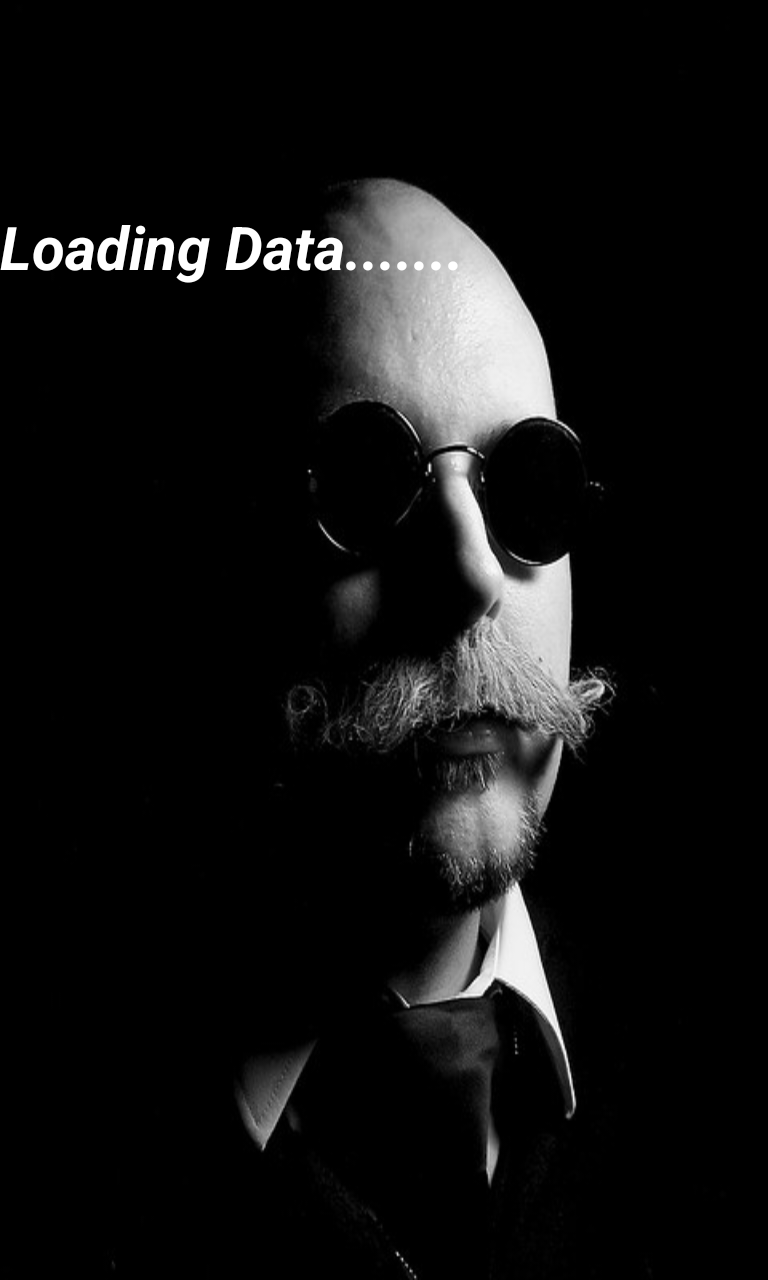
Repository: gt212345/p4p-android
Layout: p4p-android/res/layout/activity_welcome.xml
The author's editor kept a copy of each file at every save. The layout is drawn from the files as they stood at one save, then again after the next save.
It is drawn on a 768 x 1280 px phone screen (xhdpi) without system bars, with theme AppTheme; the app's code is not run.

Above is the layout before, as saved 2014-05-25 02:58:55.

After the next save:
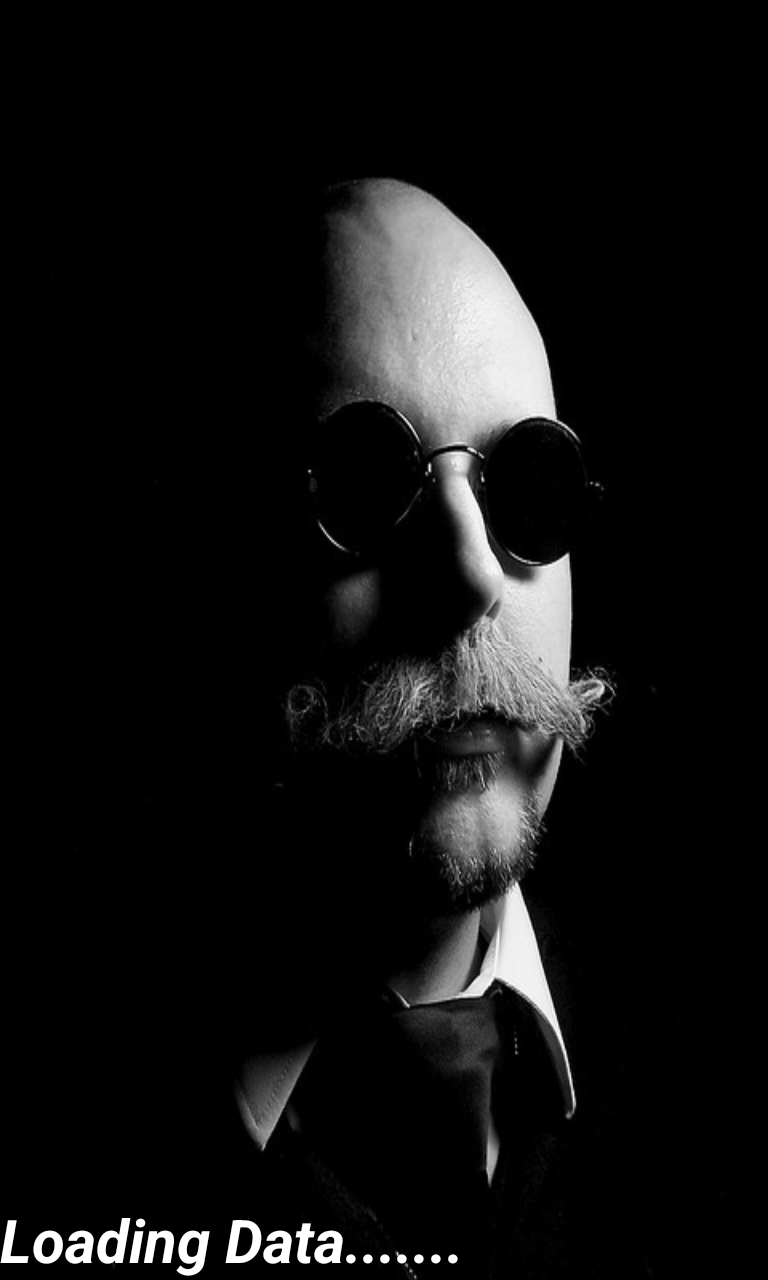
Saved 11 s later.
--- a/p4p-android/res/layout/activity_welcome.xml
+++ b/p4p-android/res/layout/activity_welcome.xml
@@ -9,10 +9,9 @@
         android:id="@+id/loadingtext"
         android:layout_width="wrap_content"
         android:layout_height="wrap_content"
+        android:layout_alignParentBottom="true"
         android:layout_alignParentLeft="true"
         android:layout_alignParentRight="true"
-        android:layout_alignParentTop="true"
-        android:layout_marginTop="103dp"
         android:text="Loading Data......."
         android:textColor="#FFFFFFFF"
         android:textSize="30dp"
